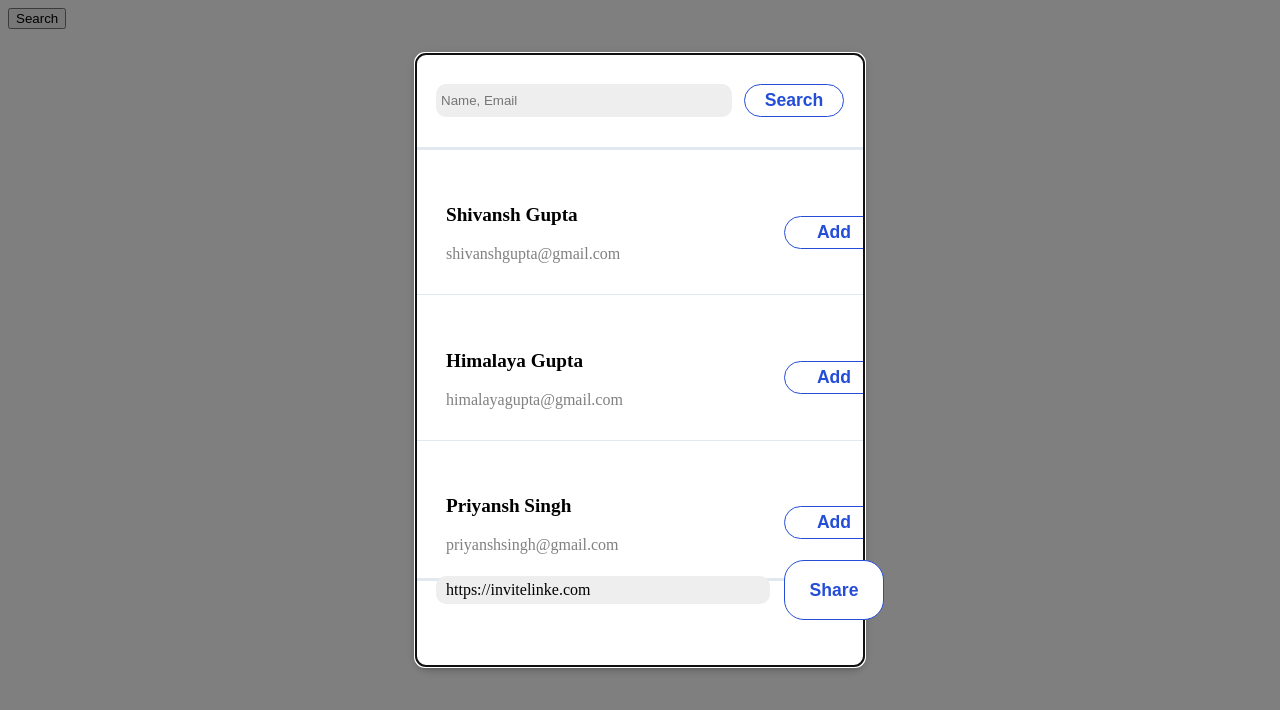
Repository: shiv0403/event-planner
Page: /, after clicking the first element matching `button`
An editor plug-in stored every save of this project. The page is shown before and after the next save, followed by the edit.
The browser window is 1280 px wide. The pictures show the whole page.
An inner scrolling area shows only its first screen. The project was rebuilt for these pictures with package versions that can differ from the ones it lists, and the page was loaded fresh each time.

Above is the page before, as saved 2021-07-27 12:53:05.

After the next save:
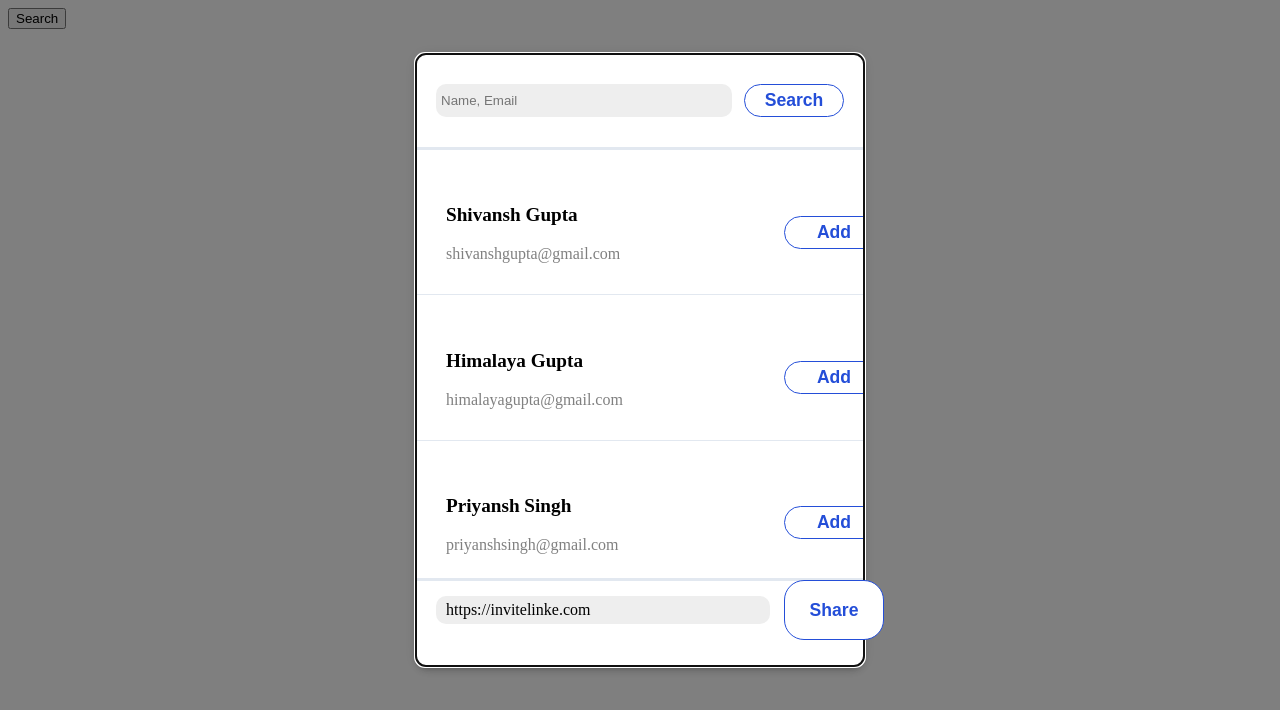
Saved 7 s later.
--- a/src/Components/SearchModal/SearchModal.css
+++ b/src/Components/SearchModal/SearchModal.css
@@ -40,7 +40,7 @@
   display: flex;
   justify-content: space-between;
   margin-top: 40px;
-  padding: 20px;
+  padding: 0 20px;
   position: absolute;
   bottom: 80px;
   width: 35%;

After the save that followed:
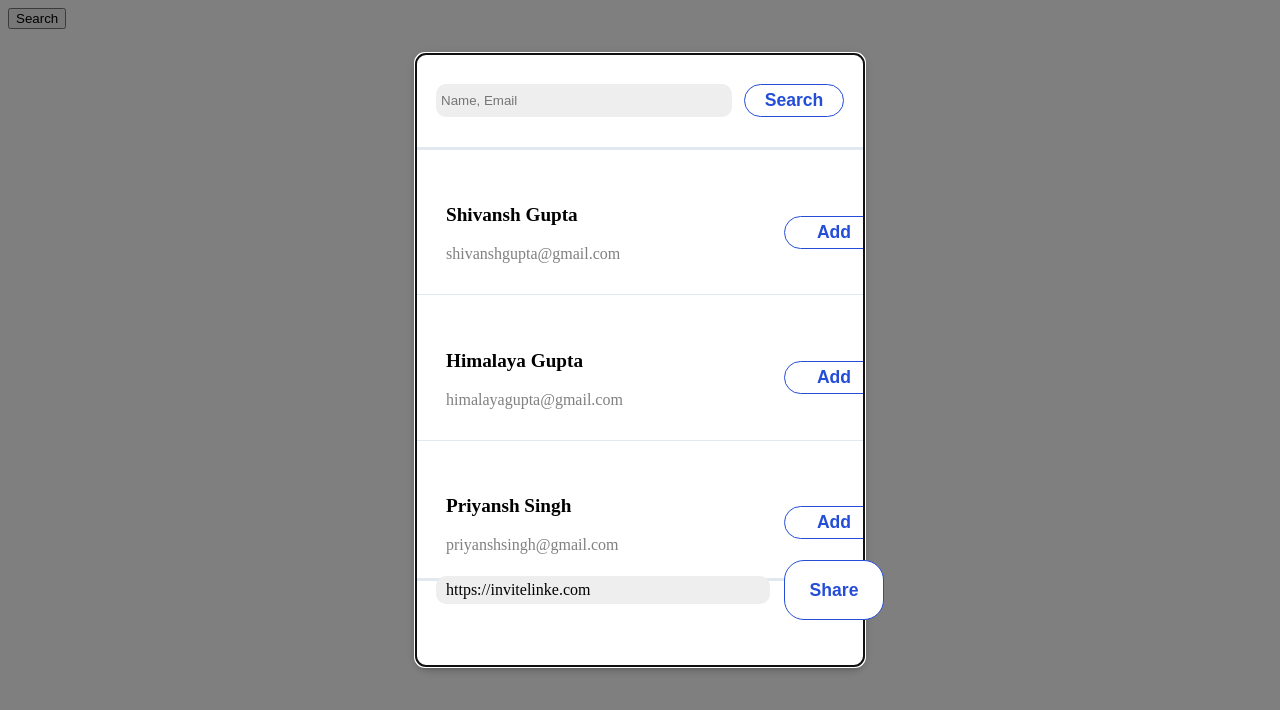
Saved 5 s later.
--- a/src/Components/SearchModal/SearchModal.css
+++ b/src/Components/SearchModal/SearchModal.css
@@ -40,7 +40,7 @@
   display: flex;
   justify-content: space-between;
   margin-top: 40px;
-  padding: 0 20px;
+  padding: 20px;
   position: absolute;
   bottom: 80px;
   width: 35%;
